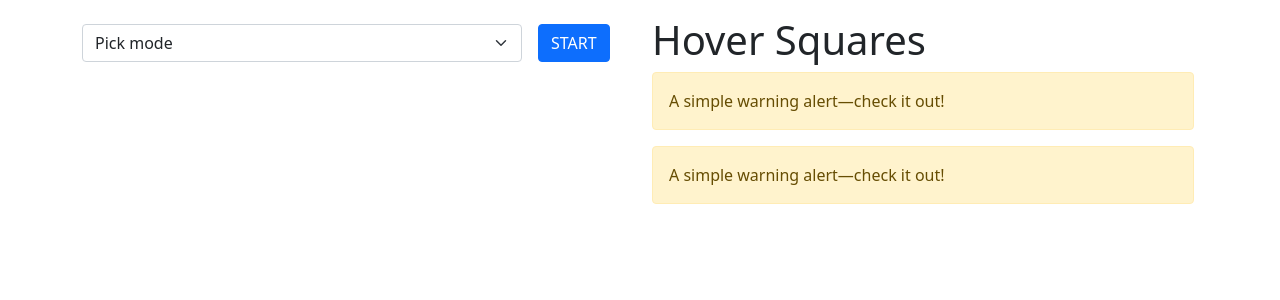
Repository: tsydikov/StarNaviTestTask
Page: /
An editor plug-in stored every save of this project. The page is shown before and after the next save, followed by the edit.
The browser window is 1280 px wide. The pictures show the whole page.
The project was rebuilt for these pictures with package versions that can differ from the ones it lists, and the page was loaded fresh each time.

Above is the page before, as saved 2021-08-13 11:44:50.

After the next save:
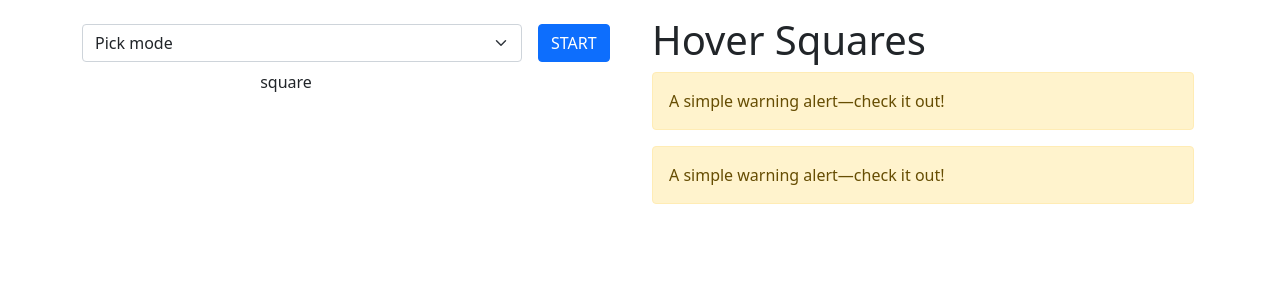
Saved 52 s later.
--- a/src/component/Squares.js
+++ b/src/component/Squares.js
@@ -7,7 +7,7 @@
         <div className="row">
             <div className="col">
               <div className="containerSquares" id="board">
-
+                square
               </div>
             </div>
           </div>
